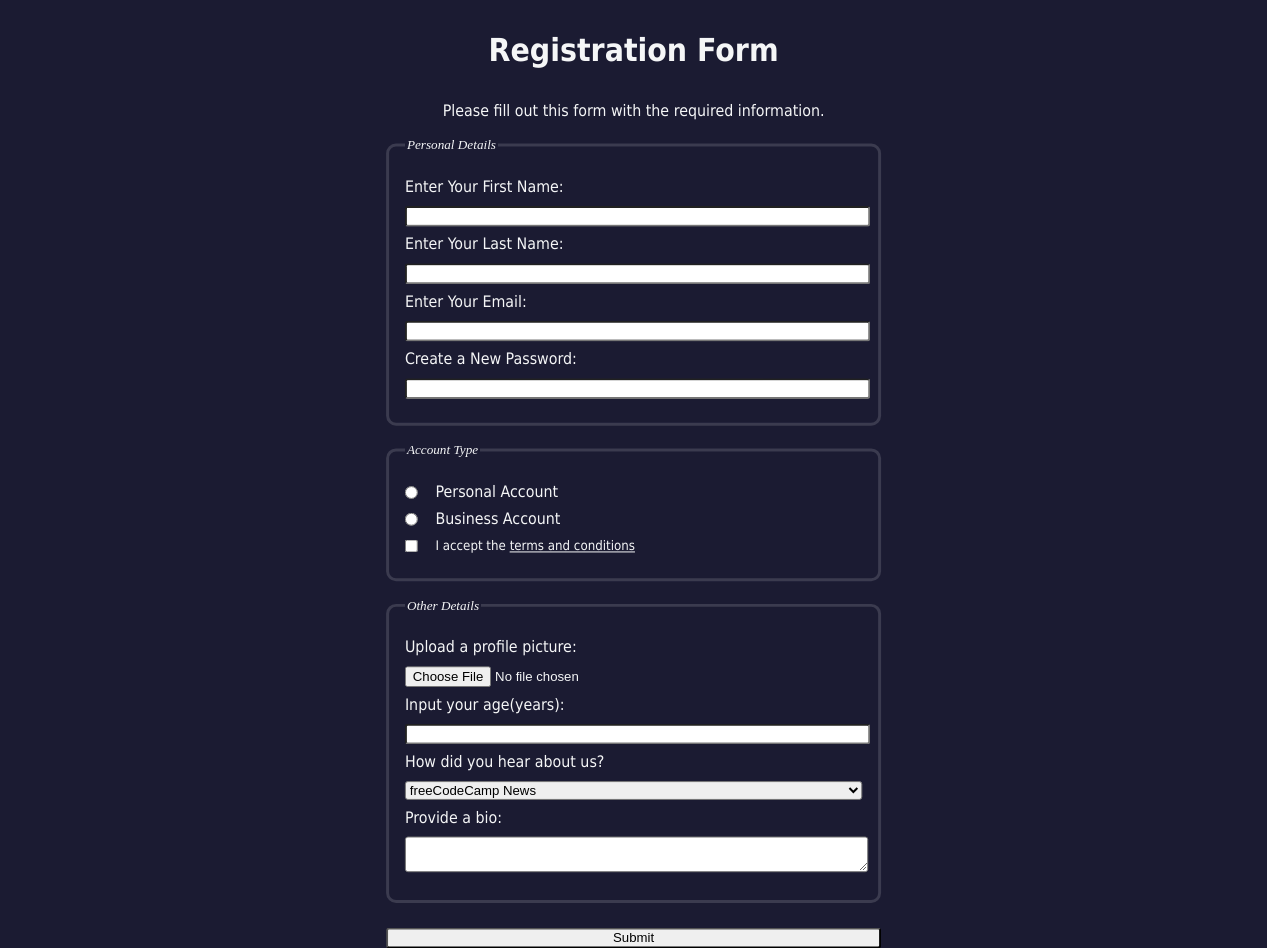
Repository: Lungdjos/registration_form
Page: index.html
These files come from the project's save history. The page is drawn as it stood at one moment and after a run of saves; the edit follows.
The browser window is 1280 px wide. The pictures show the whole page, at 99% of full size.
The pointer rests on the first visible `#submit-btn`.

Above is the page before, as saved 2023-09-29 10:43:01.

After the next 2 saves:
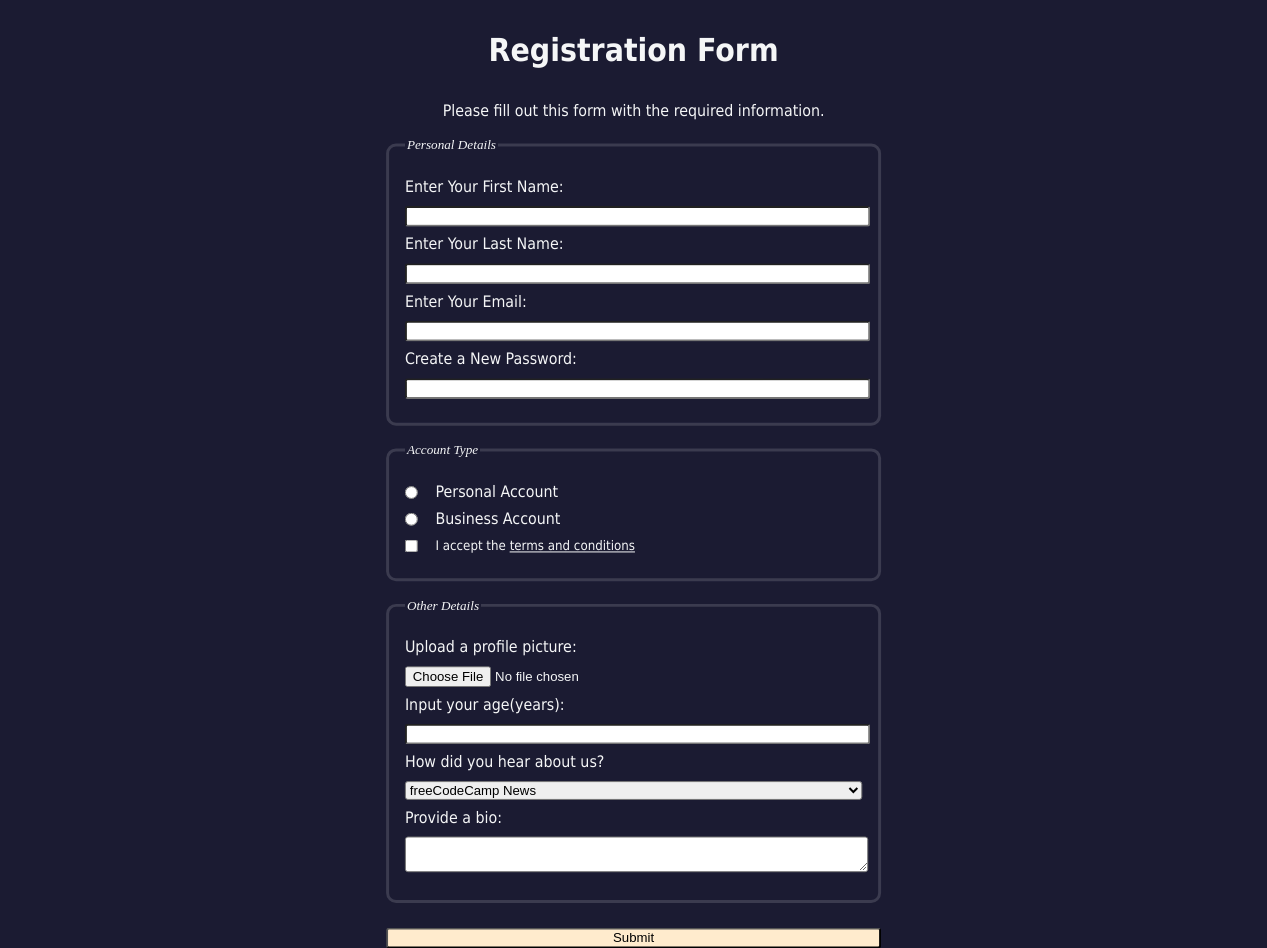
The 2 saves are shown as one change because they came seconds apart.
The last was saved 14 s later.
--- a/indexStyles.css
+++ b/indexStyles.css
@@ -72,5 +72,5 @@ form {
 }
 
 #submit-btn:hover {
-    background-color:
+    background-color: blanchedalmond;
 }
